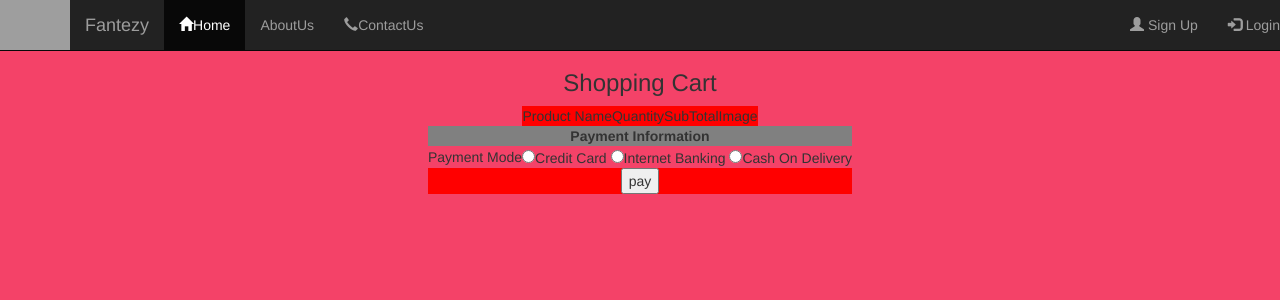
Repository: Safna93/eCommerce-project
Page: http://localhost/FantezyFrontendProject/WEB-INF/views/OrderConfirm.jsp
The author's editor kept a copy of each file at every save. The page is drawn from the files as they stood at one save, then again after the next save.
The browser window is 1280 px wide. The pictures show the whole page.
Pictures or frames that could not be fetched are drawn as grey boxes. Some web libraries are served in a nearby version. The page is served by Tomcat 9. Nobody is signed in. The template is opened directly, without the code that normally fills it, so the values that code supplies are empty.

Above is the page before, as saved 2017-07-11 17:38:14.

After the next save:
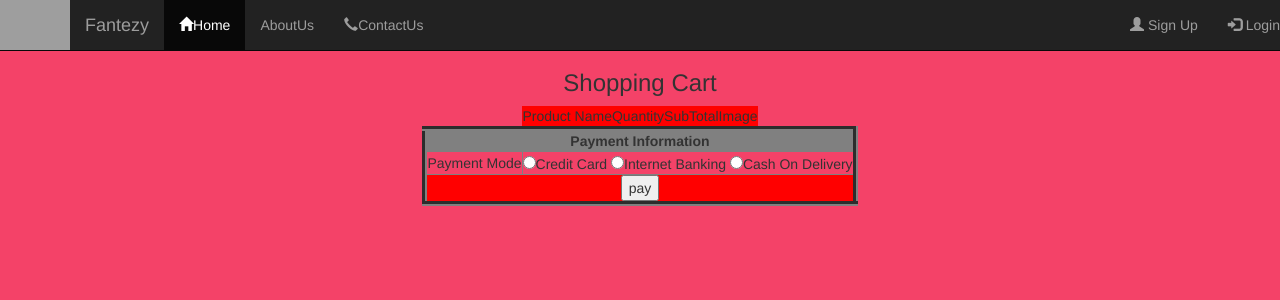
Saved 56 s later.
--- a/Fantezy Project 1/Fantezy/FantezyFrontendProject/src/main/webapp/WEB-INF/views/OrderConfirm.jsp
+++ b/Fantezy Project 1/Fantezy/FantezyFrontendProject/src/main/webapp/WEB-INF/views/OrderConfirm.jsp
@@ -30,7 +30,7 @@
 </c:forEach>
 
 
-<table cellspacing="3" cellpadding="2" align="center">
+<table cellspacing="3" cellpadding="2" align="center" border="5">
 <tr bgcolor="gray">
 <td colspan="2"><center><strong>Payment Information</strong></center></td>
 </tr>
